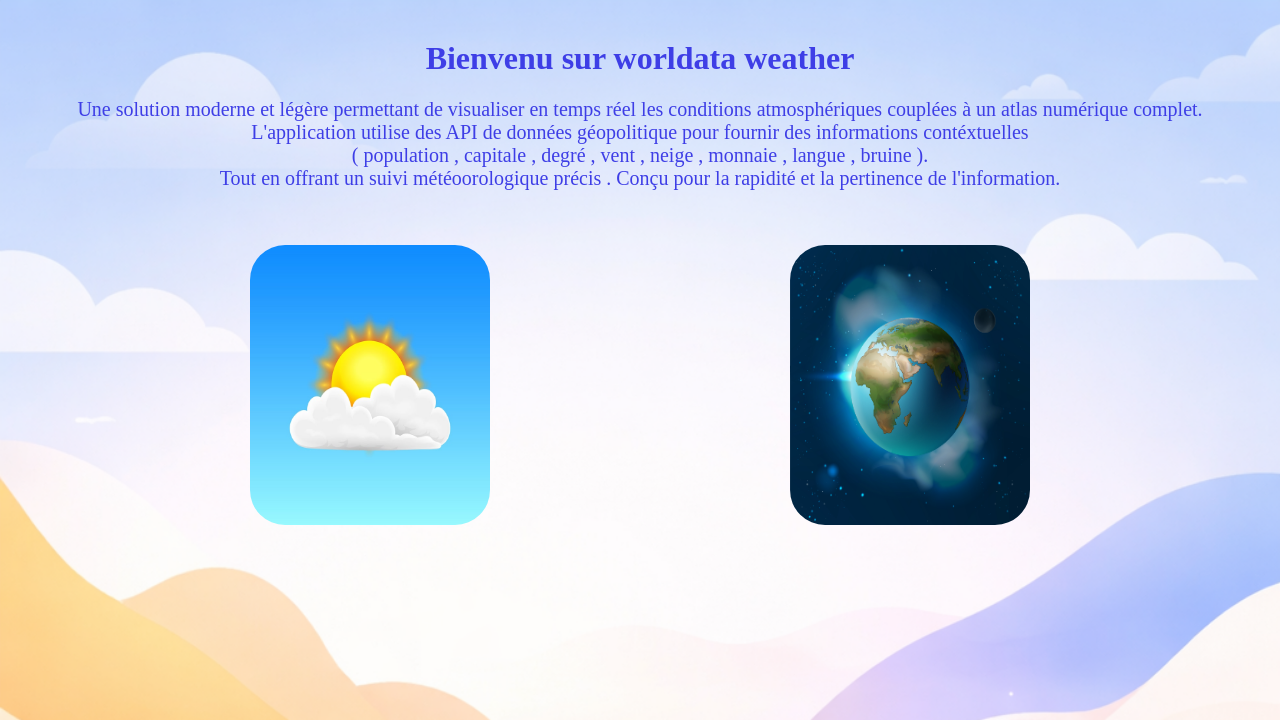
Repository: assanendao171/meteo
Page: index.html
These files come from the project's save history. The page is drawn as it stood at one moment and after the next save; the edit follows.
The browser window is 1280 px wide. The pictures show the whole page.

Above is the page before, as saved 2026-03-18 17:05:42.

After the next save:
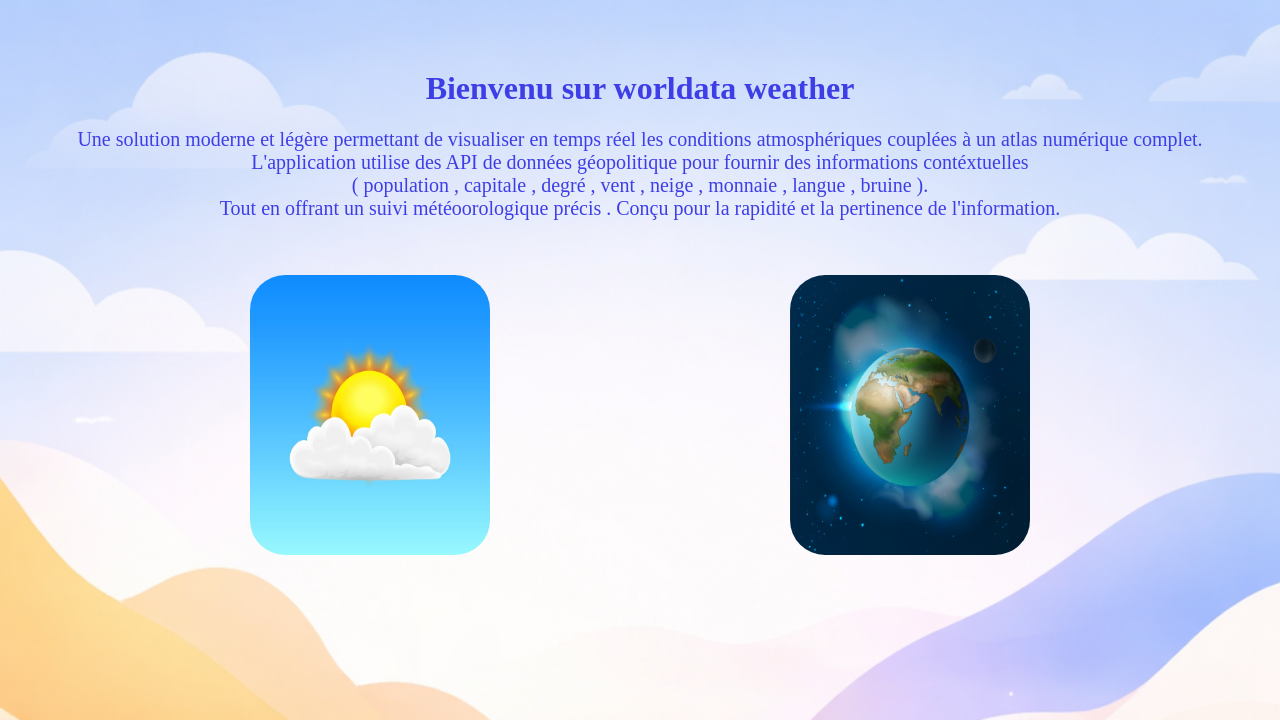
Saved 8 s later.
--- a/style.css
+++ b/style.css
@@ -12,7 +12,7 @@ h1{
     text-align: center;
     color: rgb(62, 62, 230);
     font-size:2rem;
-        margin-top: 40px;
+        margin-top: 70px;
 
 }
 #contain{
